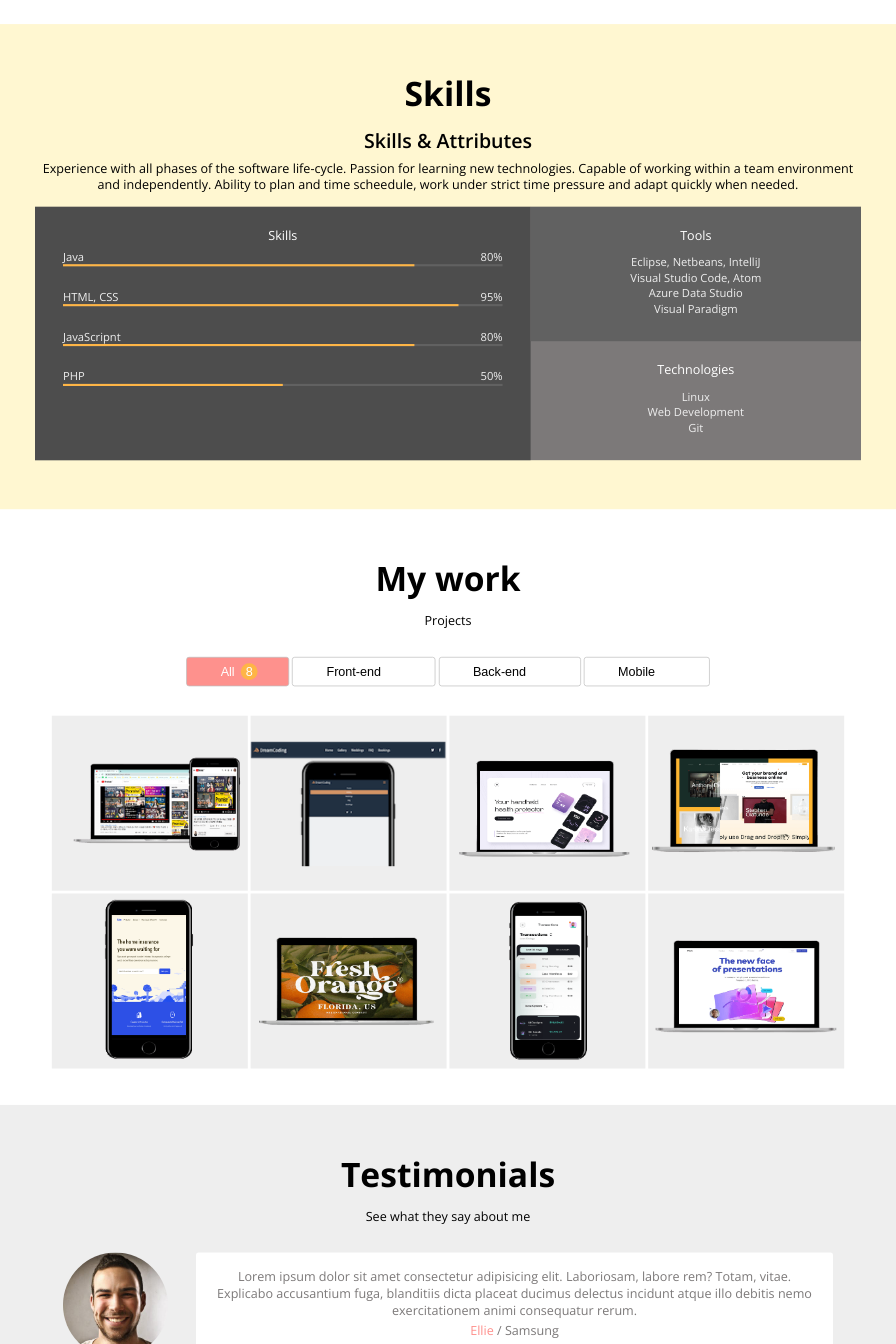
Repository: jennyjjung/portfolio.v0
Page: index.html
These files come from the project's save history. The page is drawn as it stood at one moment and after the next save; the edit follows.
The browser window is 1280 px wide. The pictures show the part of the page from y = 1598 to 3518 px (the page is 4226 px tall), at 70% of full size.
Some web libraries are served in a nearby version.

Above is the page before, as saved 2022-02-28 11:03:35.

### index.html
<!DOCTYPE html>
<html lang="en">

<head>
  <meta charset="UTF-8">
  <meta http-equiv="X-UA-Compatible" content="IE=edge">
  <meta name="viewport" content="width=device-width, initial-scale=1.0">
  <title>Jenny's Portfolio</title>
  <meta name="description" content="Portfolio for world-renowned software engineer Jenny">
  <meta nema="author" content="Jenny">
  <link rel="icon" type="image/png" href="imgs/favicon.png" />
  <script src="https://kit.fontawesome.com/3a426e8432.js" crossorigin="anonymous"></script>
  <link rel="preconnect" href="https://fonts.googleapis.com">
  <link rel="preconnect" href="https://fonts.gstatic.com" crossorigin>
  <link href="https://fonts.googleapis.com/css2?family=Open+Sans:wght@400;600;700&display=swap" rel="stylesheet">
  <link rel="stylesheet" href="style.css" />
  <script src="main.js" defer></script>
</head>

<body>
  <!-- Navbar -->
  <nav id="navbar">
    <div class="navbar__logo">
      <i class="fab fa-diaspora"></i>
      <a href="#">Jenny</a>
    </div>
    <div class="navbar__menu">
      <ul class="navbar__menu">
        <li class="navbar__menu__item active" data-link="#home">Home</li>
        <li class="navbar__menu__item" data-link="#about">About</li>
        <li class="navbar__menu__item" data-link="#skills">Skills</li>
        <li class="navbar__menu__item" data-link="#work">My Work</li>
        <li class="navbar__menu__item" data-link="#testimonials">Testimonial</li>
        <li class="navbar__menu__item" data-link="#contact">Contact</li>
      </ul>
    </div>

    <!-- Toggel button -->
    <button class="navbar__toggle-btn">
      <i class="fas fa-bars"></i>
    </button>



  </nav>

  <!-- Home -->
  <section id="home">
    <div class= "home__container">
      <img src="imgs/profile.png" alt="Jenny's profile photo" class="home__avartar">
      <h1 class="home__title">Hello, <br>I am a Dream Coder!</h1>
      <h2 class="home__description">A Software Engineer currently residing in Ontario, Canada.</h2>
      <button class="home__contact">Contact Me</button>
    </div>
  </section>

  <!-- About -->
  <section id="about" class="section section__container">
    <h1>About me</h1>
    <p>
      Lorem ipsum dolor sit amet, consectetur adipisicing elit. Reiciendis, sit ex eos deserunt suscipit nobis
      aspernatur iste laudantium quibusdam aut, error iusto porro ut fuga corporis quis expedita, odit beatae?
    </p>
    <div class="about__majors">
      <div class="major">
        <div class="major__icon">
          <i class="fab fa-css3-alt"></i>
        </div>
        <h2 class="major__title">Front-end</h2>
        <div class="major__description">HTML, CSS, JavaScript, TypeScript, <br>React, Vue, Web APIs</div>
      </div>
      <div class="major">
        <div class="major__icon">
          <i class="fas fa-mobile-alt"></i>
        </div>
        <h2 class="major__title">Mobile</h2>
        <div class="major__description">Android, iOS, React Native, Flutter<br>Java, Swift, Kotilin</div>
      </div>
      <div class="major">
        <div class="major__icon">
          <i class="fas fa-server"></i>
        </div>
        <h2 class="major__title">Back-end</h2>
        <div class="major__description">Java, JavaScript, Go, NodeJS<br>Rest APIs, GraphGL</div>
      </div>
    </div>
    <div class="about__org">
      <div class="org">
        <img src="imgs/Sheridan_College_Logo.png" alt="Sheridan College" class="org__logo">
        <div class="job__description">
          <p class="org__name">Sheridan College - System Development Software Engineering</p>
          <p class="org__period">2021 Jan - Until now</p>
        </div>
      </div>
    </div>
  </section>

  <!-- Skills -->
  <section id="skills" class="section">
    <div class="section__container">
      <h1>Skills</h1>
      <h2>Skills & Attributes</h2>
      <p>
        Experience with all phases of the software life-cycle. Passion for learning new technologies. Capable of working
        within a team environment and independently. Ability to plan and time scheedule, work under strict time pressure
        and adapt quickly when needed.
      </p>

      <div class="skillset">
        <div class="skillset__left">
          <h3 class="skillset_title">Skills</h3>
          <div class="skill">
            <div class="skill_description">
              <span>Java</span>
              <span>80%</span>
            </div>
            <div class="skill__bar">
              <div class="skill__value" style="width:80%;"></div>
            </div>
          </div>
          <div class="skill">
            <div class="skill_description">
              <span>HTML, CSS</span>
              <span>95%</span>
            </div>
            <div class="skill__bar">
              <div class="skill__value" style="width:90%;"></div>
            </div>
          </div>
          <div class="skill">
            <div class="skill_description">
              <span>JavaScripnt</span>
              <span>80%</span>
            </div>
            <div class="skill__bar">
              <div class="skill__value" style="width:80%;"></div>
            </div>
          </div>
          <div class="skill">
            <div class="skill_description">
              <span>PHP</span>
              <span>50%</span>
            </div>
            <div class="skill__bar">
              <div class="skill__value" style="width:50%;"></div>
            </div>
          </div>
        </div>

        <div class="skillset__right">
          <div class="tools">
            <h3 class="skillset_title">Tools</h3>
            <ul class="tools__list">
              <li><span>Eclipse, Netbeans, IntelliJ</span></li>
              <li><span>Visual Studio Code, Atom</span></li>
              <li><span>Azure Data Studio</span></li>
              <li><span>Visual Paradigm</span></li>
            </ul>
          </div>
          <div class="technologies">
            <h3 class="skillset_title">Technologies</h3>
            <ul class="tools__list">
              <li><span>Linux</span></li>
              <li><span>Web Development</span></li>
              <li><span>Git</span></li>
            </ul>
          </div>
        </div>
      </div>
    </div>
  </section>

  <!-- Work -->
  <section id="work" class="section">
    <div class="section__container">
      <h1>My work</h1>
      <h3>Projects</h3>
      <div class="work__categories">
        <button class="category__btn active" data-filter="*">All <span class="category__count">8</span></button>
        <button class="category__btn" data-filter="front-end">Front-end <span class="category__count">3</span></button>
        <button class="category__btn" data-filter="back-end">Back-end <span class="category__count">3</span></button>
        <button class="category__btn" data-filter="mobile">Mobile <span class="category__count">2</span></button>
      </div>

      <div class="work__projects">
        <a href="#" class="project" target="blank" data-type="front-end">
          <img class="project__img" src="imgs/projects/project1.png" alt="project1">
          <div class="project__description">
            <h3>Youtube Site</h3>
            <span>Clone coding with HTML and CSS</span>
          </div>
        </a>


        <a href="#" class="project" target="blank" data-type="back-end">
          <img class="project__img" src="imgs/projects/project2.png" alt="project2">
          <div class="project__description">
            <h3>project2</h3>
            <span>Clone coding with HTML and CSS</span>
          </div>
        </a>

        <a href="#" class="project" target="blank" data-type="front-end">
          <img class="project__img" src="imgs/projects/project3.png" alt="project3">
          <div class="project__description">
            <h3>project3</h3>
            <span>Clone coding with HTML and CSS</span>
          </div>
        </a>

        <a href="#" class="project" target="blank" data-type="back-end">
          <img class="project__img" src="imgs/projects/project4.png" alt="project4">
          <div class="project__description">
            <h3>project4</h3>
            <span>Clone coding with HTML and CSS</span>
          </div>
        </a>

        <a href="#" class="project" target="blank" data-type="mobile">
          <img class="project__img" src="imgs/projects/project5.png" alt="project5">
          <div class="project__description">
            <h3>project5</h3>
            <span>Clone coding with HTML and CSS</span>
          </div>
        </a>


        <a href="#" class="project" target="blank" data-type="front-end">
          <img class="project__img" src="imgs/projects/project6.png" alt="project6">
          <div class="project__description">
            <h3>project6</h3>
            <span>Clone coding with HTML and CSS</span>
          </div>
        </a>


        <a href="#" class="project" target="blank" data-type="mobile">
          <img class="project__img" src="imgs/projects/project7.png" alt="project7">
          <div class="project__description">
            <h3>project7</h3>
            <span>Clone coding with HTML and CSS</span>
          </div>
        </a>


        <a href="#" class="project" target="blank" data-type="back-end">
          <img class="project__img" src="imgs/projects/project8.png" alt="project8">
          <div class="project__description">
            <h3>project8</h3>
            <span>Clone coding with HTML and CSS</span>
          </div>
        </a>
      </div>
    </div>
  </section>

  <!-- Testimonials -->
  <section id="testimonials" class="section">
    <div class="section__container">
      <h1>Testimonials</h1>
      <h3>See what they say about me</h3>
      <div class="testimonials">
        <div class="testimonial">
          <img src="imgs/testimonial/bob.jpg" alt="People" class="testimonial__avatar">
          <div class="testimonial__speech-bubble">
            <p>Lorem ipsum dolor sit amet consectetur adipisicing elit. Laboriosam, labore rem? Totam, vitae. Explicabo accusantium fuga, blanditiis dicta placeat ducimus delectus incidunt atque illo debitis nemo exercitationem animi consequatur rerum.</p>
            <p class="name"><a href="#">Ellie </a>/ Samsung</p>
          </div>
        </div>
      </div>

      <div class="testimonials">
        <div class="testimonial">
          <div class="testimonial__speech-bubble">
            <p>Lorem ipsum dolor sit amet consectetur adipisicing elit. Laboriosam, labore rem? Totam, vitae. Explicabo accusantium fuga, blanditiis dicta placeat ducimus delectus incidunt atque illo debitis nemo exercitationem animi consequatur rerum.</p>
            <p class="name"><a href="#">Chris </a>/ Samsung</p>
          </div>
          <img src="imgs/testimonial/bob.jpg" alt="People" class="testimonial__avatar">
        </div>
      </div>
    </div>

  </section>

  <!-- Contact -->
  <section id="contact" class="section">
    <h1 class="contact__title">Let's talk</h1>
    <h2 class="contact__email">jungjuyo@sheridancollege.ca</h2>
    <div class="contact__links">
      <a href="https://github.com/jennyjjung" target="_blank">
        <i class="fa fa-github"></i>
      </a>
      <a href="https://www.linkedin.com/in/jennyjjung" target="_blank">
        <i class="fa fa-linkedin-square"></i>
      </a>
    </div>
    <p class="contact__rights">2021 Jenny Juyoung Jung - All reights reserved</p>
  </section>

  <!-- Arrow up-->
  <button class="arrow-up">
    <i class="fa-solid fa-arrow-up"></i>
  </button>
</body>

</html>

### style.css
/* Global */
:root {
  /* Color */
  --color-white: #ffffff;
  --color-light-white: #eeeeee;
  --color-dark-white: #bdbdbd;
  --color-pink: #fe918d;
  --color-dark-pink: #ff6863;
  --color-dark-grey: #4d4d4d;
  --color-grey: #616161;
  --color-light-grey: #7c7979;
  --color-blue: #73aace;
  --color-yellow: #fff7d1;
  --color-orange: #feb546;
  --color-black: #000000;

  /* Font weight */
  --weight-bold: 700;
  --weight-semi-bold: 600;
  --weight-regular: 400;

  /* Font Size */
  --font-large: 48px;
  --font-medium: 28px;
  --font-regular: 18px;
  --font-small: 16px;
  --font-micro: 14px;

  /* Size */
  --size-border-radius: 4px;

  /* Animation */
  --animation-duration: 300ms;
}

/* Universal tags */
* {
  box-sizing: border-box;
}

body {
  margin: 0;
  font-family: "Open Sans", sans-serif;
  cursor: default;
}

a {
  text-decoration: none;
  color: var(--color-white);
}

ul {
  list-style: none;
  padding-left: 0;
}

li {
  list-style: none;
}

button {
  background-color: transparent;
  cursor: pointer;
  border: none;
  outline: none;
}

/* Typography */
h1 {
  font-size: var(--font-large);
  font-weight: var(--weight-bold);
  color: var(--color-black);
  margin: 16px 0px;
}

h2 {
  font-size: var(--font-medium);
  font-weight: var(--weight-semi-bold);
  color: var(--color-black);
  margin: 8px 0;
}

h3 {
  font-size: var(--font-regular);
  font-weight: var(--weight-regular);
  color: var(--color-black);
  margin: 8px 0;
}

p {
  font-size: var(--font-regular);
  font-weight: var(--weight-regular);
  color: var(--color-black);
  margin: 4px 0;
}

/* Navbar */
#navbar {
  position: fixed;
  width: 100%;
  display: flex;
  justify-content: space-between;
  background-color: transparent;
  align-items: center;
  color: var(--color-white);
  padding: 16px;
  transition: all var(--animation-duration) ease-in-out;
  z-index: 1;
}

#navbar.navbar--dark {
  background-color: var(--color-pink);
  padding: 5px;
}

.navbar__menu {
  display: flex;
}

.navbar__logo {
  font-size: var(--font-medium);
  font-weight: var(--weight-semi-bold);
}

.navbar__menu__item {
  padding: 8px 12px;
  margin: 0 4px;
  cursor: pointer;
  color: var(--color-white);
  border: 1px solid transparent;
  border-radius: var(--size-border-radius);
}

.navbar__menu__item:hover {
  border-color: var(--color-white);
  background-color: var(--color-dark-pink);
}

.navbar__toggle-btn {
  position: absolute;
  right: 32px;
  font-size: 24px;
  color: var(--color-white);
  top: 24px;
  display: none;
}

/* Home */
#home {
  background: url("imgs/homebackground.png") center/cover no-repeat;
  padding: 40px;
  padding-top: 120px;
  text-align: center;
}

.home__avartar {
  width: 250px;
  height: 250px;
  border-radius: 50%;
  border: 2px solid var(--color-light-white);
}

.home__title,
.home__description {
  color: var(--color-white);
}

.home__contact {
  color: var(--color-light-white);
  font-size: var(--font-regular);
  font-weight: var(--weight-bold);
  margin: 24px;
  padding: 8px 12px;
  border: 2px solid var(--color-light-white);
  border-radius: var(--size-border-radius);
}

/* Section common */
.section {
  padding: 50px;
  text-align: center;
  margin: auto;
}

.section__container {
  max-width: 1200px;
  margin: auto;
}

/* About */
.about__majors {
  display: flex;
  justify-content: space-between;
  margin: 80px 0;
}

.major__icon {
  width: 170px;
  height: 170px;
  line-height: 170px;
  font-size: 70px;
  margin: auto;
  color: var(--color-blue);
  border: 1px solid var(--color-blue);
  border-radius: 50%;
  margin-bottom: 16px;
}

.major__icon i {
  transition: all var(--animation-duration) ease;
}

.major__icon:hover i {
  color: var(--color-pink);
  transform: rotate(-30deg) scale(1.1);
}

.major__title,
.major__description {
  color: var(--color-dark-grey);
}

.major__description {
  font-size: var(--font-small);
}

.org {
  display: flex;
  align-items: center;
}

.org__description {
  margin: 0 16px;
  text-align: left;
}

.org__name,
.org__period {
  color: var(--color-light-grey);
}

.org__name {
  font-size: var(--font-small);
}

.org__period {
  font-size: var(--font-micro);
}

/* Skill */

#skills {
  background-color: var(--color-yellow);
}

.skillset {
  display: flex;
  background-color: var(--color-light-grey);
  color: var(--color-light-white);
  margin: 20px 0;
}

.skillset_title {
  color: var(--color-white);
}

.skillset__left {
  flex-basis: 60%;
  background-color: var(--color-dark-grey);
  padding: 20px 40px;
}

.skill {
  margin-bottom: 32px;
}

.skill_description {
  display: flex;
  justify-content: space-between;
}

.skill__bar {
  width: 100%;
  height: 3px;
  background-color: var(--color-grey);
}

.skill__value {
  height: 3px;
  background-color: var(--color-orange);
}

.skillset__right {
  flex-basis: 40%;
}

.tools {
  background-color: var(--color-grey);
}

.tools,
.technologies {
  padding: 20px;
}

/* Work */

.work__categories {
  margin: 40px;
}
.category__btn {
  border: 1px solid var(--color-dark-white);
  border-radius: var(--size-border-radius);
  font-size: var(--font-regular);
  padding: 8px 48px;
}

.category__btn.active,
.category__btn:hover {
  background-color: var(--color-pink);
  color: var(--color-white);
}

.category__btn.active .category__count,
.category__btn:hover .category__count {
  opacity: 1;
  top: 0;
}

.category__count {
  background-color: var(--color-orange);
  border-radius: 50%;
  color: var(--color-white);
  width: 24px;
  line-height: 24px;
  display: inline-block;
  position: relative;
  top: -20px;
  left: 4px;
  opacity: 0;
  transition: all var(--animation-duration);
}

.work__projects {
  display: flex;
  flex-wrap: wrap;
  justify-content: center;
  opacity: 1;
  transition: all var(--animation-duration) ease-out;
}

.work__projects.anim-out {
  opacity: 0;
  transform: scale(0.96) translateY(40px);
}

.project {
  display: flex;
  justify-content: center;
  align-items: center;
  position: relative;
  width: 280px;
  height: 250px;
  margin: 2px;
  background-color: var(--color-light-white);
}

.project.invisible {
  display: none;
}

.project__img {
  max-width: 100%;
  max-height: 100%;
}

.project__description {
  display: flex;
  flex-direction: column;
  justify-content: center;
  background-color: black;
  position: absolute;
  top: 0;
  left: 0;
  width: 100%;
  height: 100%;
  opacity: 0;
  transform: translateY(10px);
  transition: all var(--animation-duration) ease;
}

.project:hover .project__description {
  opacity: 0.8;
  transform: translateY(0px);
}

.project__description h3 {
  color: var(--color-white);
}

.project__description h3:after {
  content: "";
  width: 25px;
  height: 2px;
  background-color: var(--color-dark-white);
  display: block;
  position: relative;
  left: 50%;
  margin-left: -12px;
  margin-top: 8px;
}

/* Testimonials */

#testimonials {
  background-color: var(--color-light-white);
}

.testimonials {
  margin: 40px;
}

.testimonial {
  display: flex;
  margin: 32px 0;
}

.testimonial__avatar {
  width: 150px;
  height: 150px;
  border-radius: 50%;
}

.testimonial__avatar:nth-child(odd) {
  margin-right: 40px;
}

.testimonial__avatar:nth-child(even) {
  margin-left: 40px;
}

.testimonial__speech-bubble {
  padding: 18px;
  background-color: var(--color-white);
  border-radius: var(--size-border-radius);
}

.testimonial__speech-bubble p {
  color: var(--color-light-grey);
}

.testimonial__speech-bubble a {
  color: var(--color-pink);
}

/* Contact */

#contact {
  background-color: var(--color-pink);
}

.contact__title,
.contact__email,
.contact__rights {
  color: var(--color-white);
}

.contact__title {
  margin: 32px 0;
}

.contact__links {
  font-size: var(--font-large);
  margin: 24px 0;
  transition: all var(--animation-duration);
}

.contact__links i:hover {
  transform: scale(1.1);
  color: var(--color-light-grey);
}

/* Scroll */
.arrow-up {
  position: fixed;
  bottom: 50px;
  right: 50px;
  width: 70px;
  height: 70px;
  font-size: 50px;
  color: var(--color-white);
  background-color: var(--color-pink);
  border-radius: 50%;
  opacity: 0;
  pointer-events: none;
  transition: opacity 300ms ease-in;
}

.arrow-up.visible {
  opacity: 1;
  pointer-events: auto;
}

/* For below 768px screen width */
@media screen and (max-width: 768px) {
  .navbar__toggle-btn {
    display: block;
  }

  #navbar {
    flex-direction: column;
    align-items: flex-start;
  }

  .navbar__menu {
    flex-direction: column;
    text-align: center;
    width: 100%;
    display: none;
  }

  .about__majors {
    flex-direction: column;
  }

  .major {
    margin-bottom: 38px;
  }

  .skillset {
    flex-direction: column;
  }

  .project {
    flex-grow: 1;
  }

  .testimonial__avatar {
    width: 80px;
    height: 80px;
  }
}

Loaded but not shown: main.js (110 lines, source omitted)

After the next save:
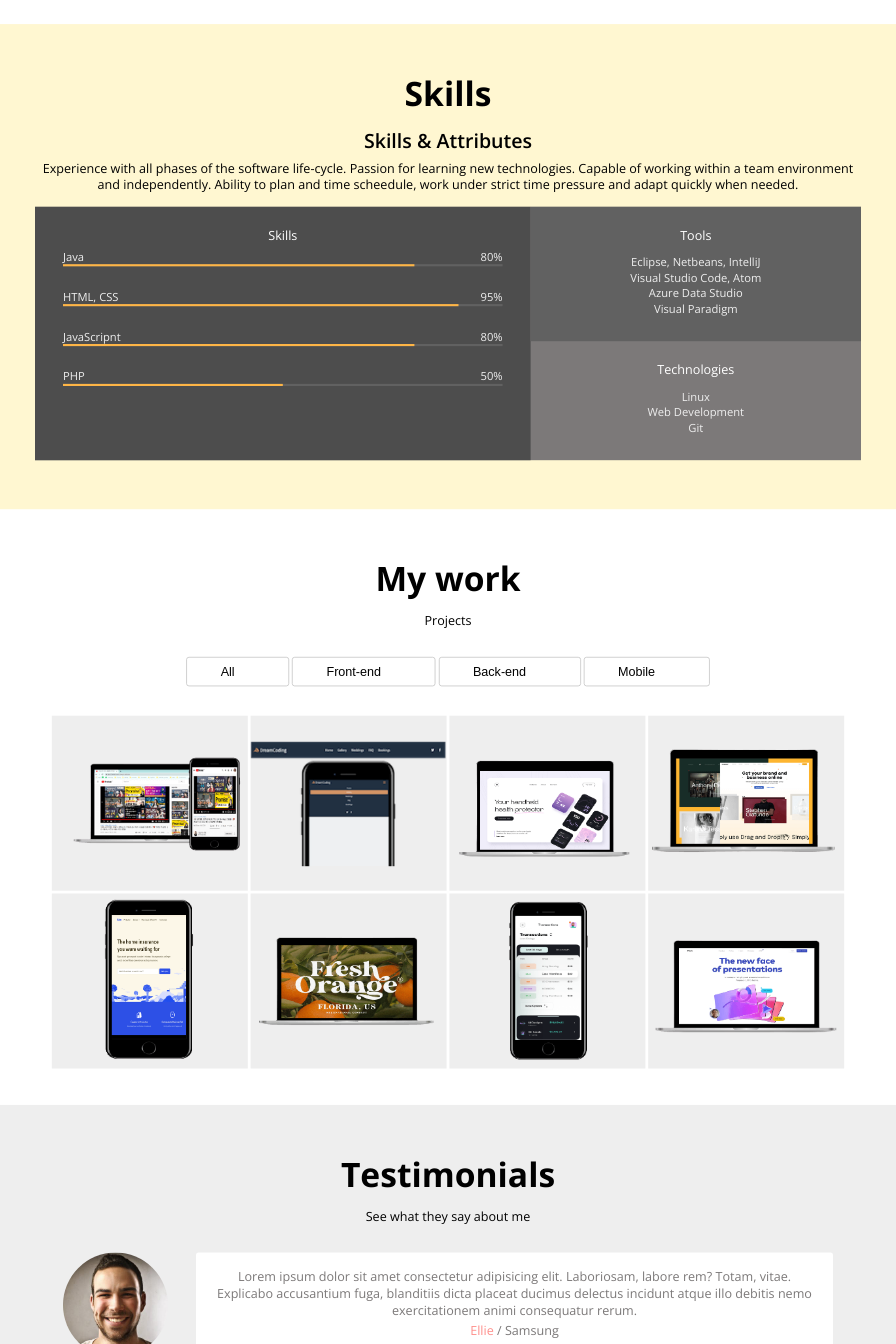
Saved 40 s later.
--- a/index.html
+++ b/index.html
@@ -176,7 +176,7 @@
       <h1>My work</h1>
       <h3>Projects</h3>
       <div class="work__categories">
-        <button class="category__btn active" data-filter="*">All <span class="category__count">8</span></button>
+        <button class="category__btn selected" data-filter="*">All <span class="category__count">8</span></button>
         <button class="category__btn" data-filter="front-end">Front-end <span class="category__count">3</span></button>
         <button class="category__btn" data-filter="back-end">Back-end <span class="category__count">3</span></button>
         <button class="category__btn" data-filter="mobile">Mobile <span class="category__count">2</span></button>
